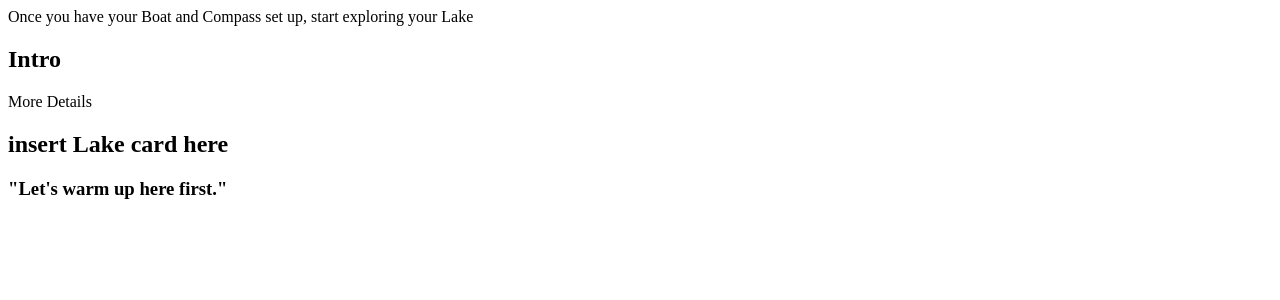
Repository: DevZubair/ionic-test
Page: www/templates/lake.html
The author's editor kept a record of every edit. The page is drawn from the files as they stood at one moment, then again after the next edit.
The browser window is 1280 px wide. The pictures show the whole page.

Above is the page before.

### www/templates/lake.html
<ion-view view-title="Explore Your Lake">
  <ion-content>
    <div class="panel">
      Once you have your Boat and Compass set up, start exploring your Lake
    </div>
     <div class="card">
      <div class="item item-divider">
        <h2>Intro</h2>
      </div>
      <div class="item item-text-wrap">
        <p>More Details </p>
      </div>
    </div>

    <h2>insert Lake card here</h2>
    <h3>"Let's warm up here first."</h3>

  </ion-content>
</ion-view>

After the next edit:
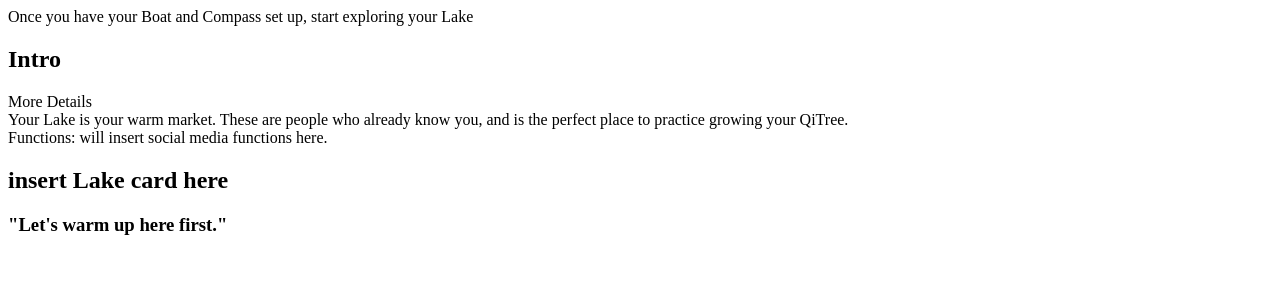
The edit:
--- a/www/templates/lake.html
+++ b/www/templates/lake.html
@@ -8,7 +8,9 @@
         <h2>Intro</h2>
       </div>
       <div class="item item-text-wrap">
-        <p>More Details </p>
+        <div>More Details </div>
+        <div> Your Lake is your warm market.  These are people who already know you, and is the perfect place to practice growing your QiTree. </div>
+        <div> Functions: will insert social media functions here. </div>
       </div>
     </div>
 
